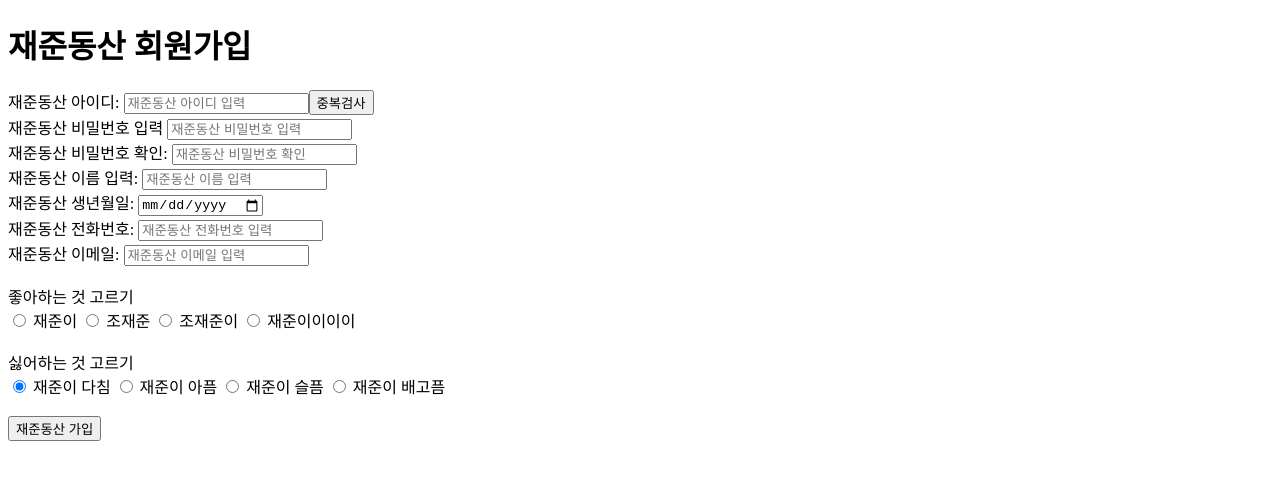
Repository: Chojaejun/javastudy
Page: HelloWorld/WebContent/test.html
The author's editor kept a copy of each file at every save. The page is drawn from the files as they stood at one save, then again after the next save.
The browser window is 1280 px wide. The pictures show the whole page.

Above is the page before, as saved 2020-12-04 08:31:26.

### HelloWorld/WebContent/test.html
<!DOCTYPE html>
<html>
<head>
<meta charset="UTF-8">
<title>재준동산 회원가입 페이지</title>
</head>
<body>
<h1>재준동산 회원가입</h1>

<form action="test1.html" method="post">

<label for="id">재준동산 아이디: </label>
<input id="id" name="id" placeholder="재준동산 아이디 입력"><button>중복검사</button>
<br>
<label for="pw1">재준동산 비밀번호 입력</label>
<input id="pw1" type="password" name="pw1" placeholder="재준동산 비밀번호 입력">
<br>
<label for="pw2">재준동산 비밀번호 확인: </label>
<input id="pw2" type="password" name="pw2" placeholder="재준동산 비밀번호 확인">
<br>
<label for="name">재준동산 이름 입력: </label>
<input id="name" name="name" placeholder="재준동산 이름 입력">
<br>
<label for="birth">재준동산 생년월일: </label>
<input type="date" id="birth" name="birth">
<br>
<label for="tel">재준동산 전화번호: </label>
<input type="tel" id="tel" name="tel" placeholder="재준동산 전화번호 입력">
<br>
<label for="email">재준동산 이메일: </label>
<input type="email" id="email" name="email" placeholder="재준동산 이메일 입력">
<br>
<br>
<label>좋아하는 것 고르기</label>
<br>
<input id="jun1" type="radio" name="jun" value="jun1" checked="checked">
<label for="jun1">재준이</label>
<input id="jun2" type="radio" name="jun" value="jun2">
<label for="jun2">조재준</label>
<input id="jun3" type="radio" name="jun" value="jun3">
<label for="jun3">조재준이</label>
<input id="jun4" type="radio" name="jun" value="jun4">
<label for="jun4">재준이이이이</label>
<br>
<br>
<label>싫어하는 것 고르기</label>
<br>
<input id="jun5" type="radio" name="jun" value="jun5" checked="checked">
<label for="jun5">재준이 다침</label>
<input id="jun6" type="radio" name="jun" value="jun6">
<label for="jun6">재준이 아픔</label>
<input id="jun7" type="radio" name="jun" value="jun7">
<label for="jun7">재준이 슬픔</label>
<input id="jun8" type="radio" name="jun" value="jun8">
<label for="jun8">재준이 배고픔</label>
<br>
<br>
<input type="submit" value="재준동산 가입">


</form>





</body>
</html>

After the next save:
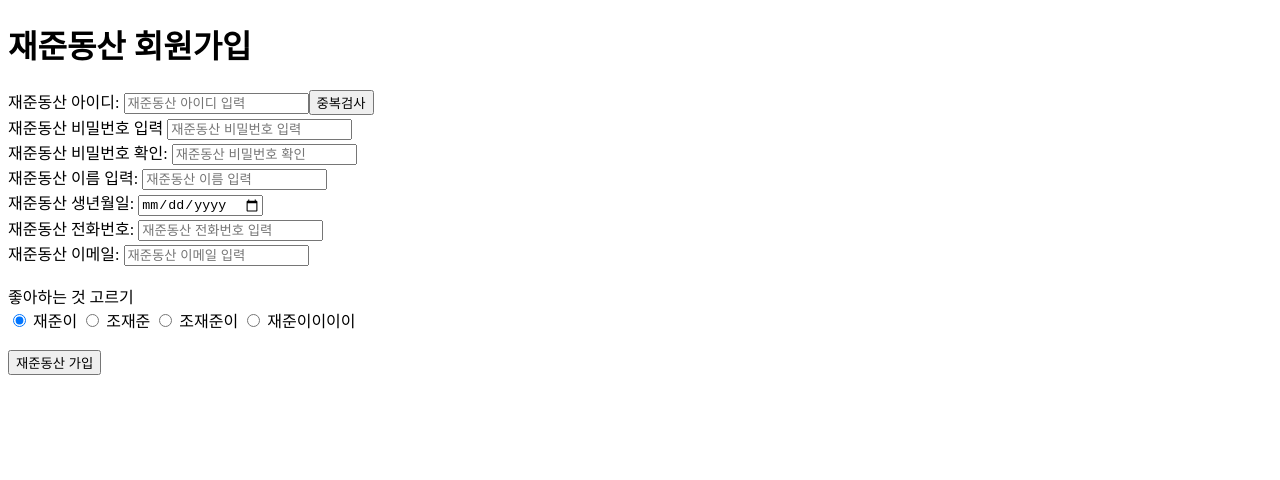
Saved 59 s later.
--- a/HelloWorld/WebContent/test.html
+++ b/HelloWorld/WebContent/test.html
@@ -43,18 +43,6 @@
 <label for="jun4">재준이이이이</label>
 <br>
 <br>
-<label>싫어하는 것 고르기</label>
-<br>
-<input id="jun5" type="radio" name="jun" value="jun5" checked="checked">
-<label for="jun5">재준이 다침</label>
-<input id="jun6" type="radio" name="jun" value="jun6">
-<label for="jun6">재준이 아픔</label>
-<input id="jun7" type="radio" name="jun" value="jun7">
-<label for="jun7">재준이 슬픔</label>
-<input id="jun8" type="radio" name="jun" value="jun8">
-<label for="jun8">재준이 배고픔</label>
-<br>
-<br>
 <input type="submit" value="재준동산 가입">
 
 
